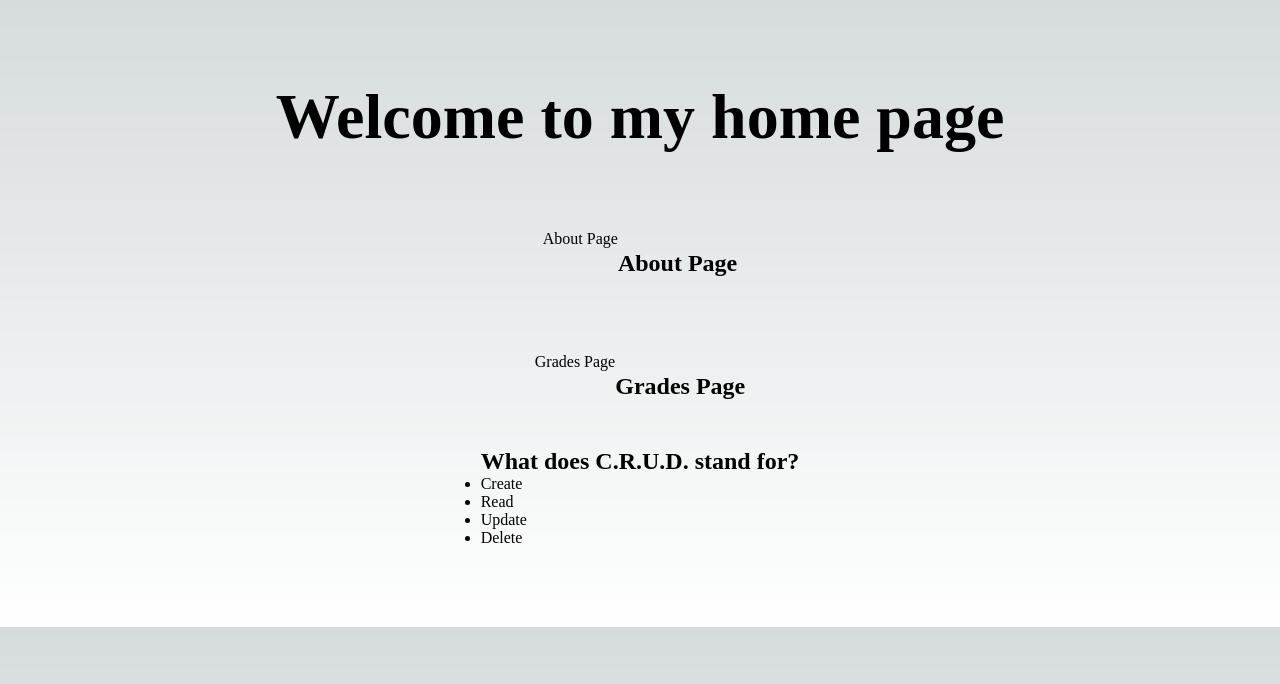
Repository: karthur1/playwright
Page: /
These files come from the project's save history. The page is drawn as it stood at one moment and after the next save; the edit follows.
The browser window is 1280 px wide. The pictures show the whole page.
The project was rebuilt for these pictures with package versions that can differ from the ones it lists, and the page was loaded fresh each time. The framework's server and built-in components were replaced by stand-ins that run in the browser. Also part of the build but not shown: next.config.js.

Above is the page before, as saved 2023-01-23 11:36:01.

After the next save:
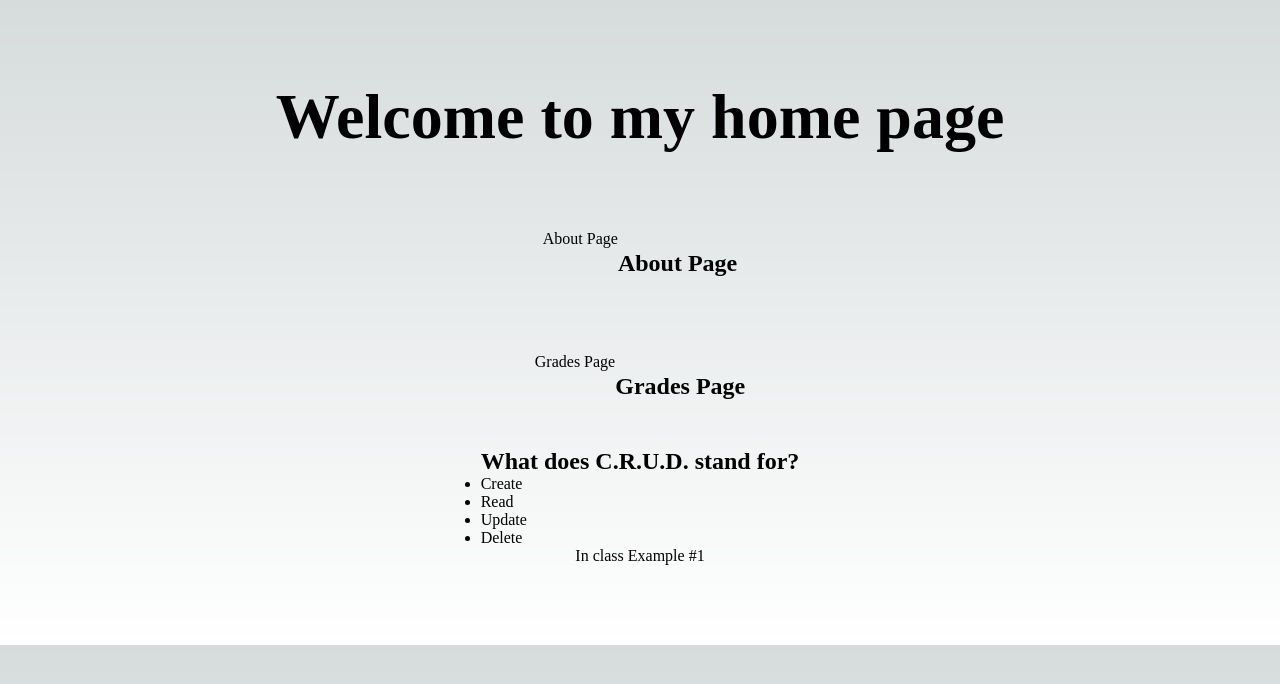
Saved 97 s later.
--- a/pages/index.js
+++ b/pages/index.js
@@ -48,6 +48,8 @@ export default function Home() {
             </div>
             </div>
         </div>
+
+        <footer>In class Example #1</footer>
       </main>
     </>
   )
